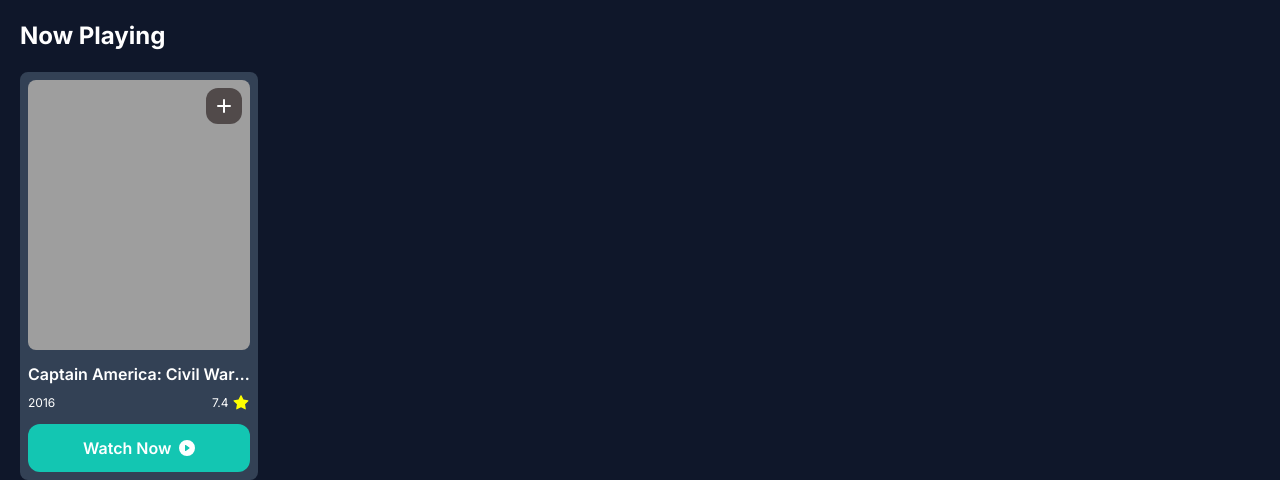
Repository: ajincome26/trailer-movies
Page: /
The author's editor kept a copy of each file at every save. The page is drawn from the files as they stood at one save, then again after the next save.
The browser window is 1280 px wide. The pictures show the part of the page from y = 564 to 1064 px (the page is 1044 px tall before and 1064 px after).
Pictures or frames that could not be fetched are drawn as grey boxes. The project was rebuilt for these pictures with package versions that can differ from the ones it lists, and the page was loaded fresh each time. Also part of the build but not shown: vite.config.js.

Above is the page before, as saved 2023-03-27 16:57:11.

After the next save:
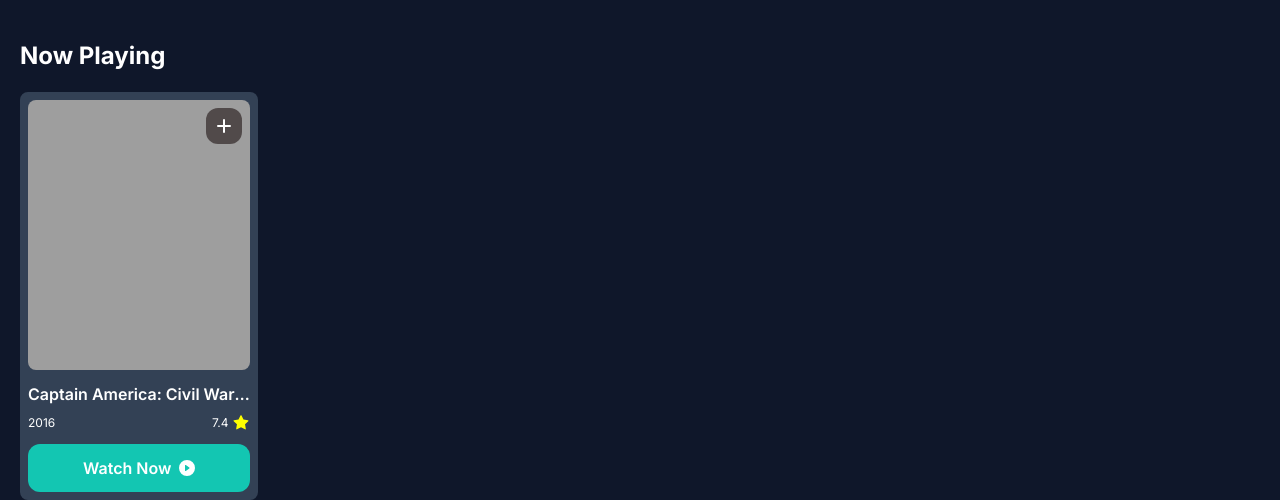
Saved 36 s later.
--- a/src/App.jsx
+++ b/src/App.jsx
@@ -65,7 +65,9 @@
       </section>
 
       <section className="movies-layout page-container">
-        <h2 className="capitalize text-2xl font-bold my-5">Now Playing</h2>
+        <h2 className="capitalize text-2xl font-bold mt-10 mb-5">
+          Now Playing
+        </h2>
         <div className="movies-list grid grid-cols-5 gap-3">
           <div className="movie-item rounded-lg p-2 bg-slate-700 flex flex-col gap-3">
             <div className="w-full h-[270px] rounded-lg overflow-hidden relative">
